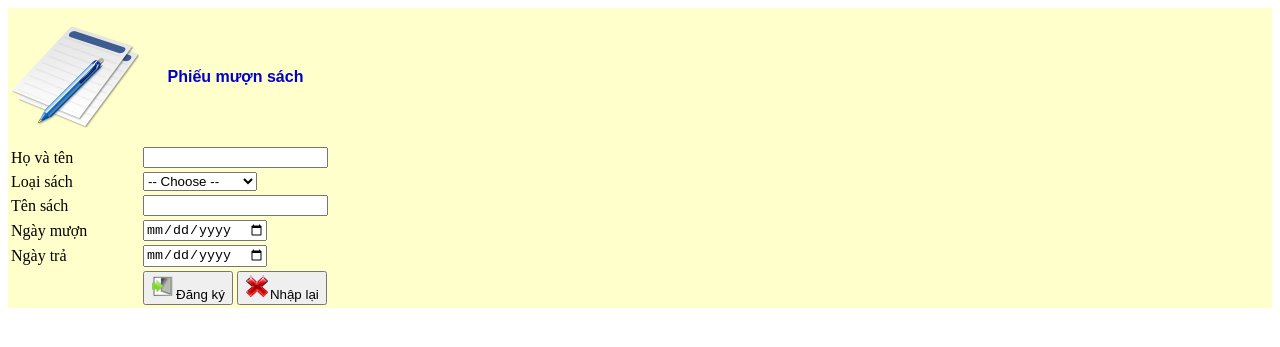
Repository: AnhDuc0125/HTML-Aptech
Page: bt2092-b2/index.html
The author's editor kept a copy of each file at every save. The page is drawn from the files as they stood at one save, then again after a run of saves.
The browser window is 1280 px wide. The pictures show the whole page.

Above is the page before, as saved 2021-12-03 20:39:03.

### bt2092-b2/index.html
<!DOCTYPE html>
<html lang="en">
<head>
    <meta charset="UTF-8">
    <meta http-equiv="X-UA-Compatible" content="IE=edge">
    <meta name="viewport" content="width=device-width, initial-scale=1.0">
    <title>Document</title>
    <link rel="stylesheet" href="style.css">
</head>
<body>
        <div class="container">
            <div class="wrapper">
                <table>
                    <thead>
                        <tr>
                            <th><img class="img_title" src="./photos/regis.png" alt=""></th>
                            <th id="title">Phiếu mượn sách</th>
                        </tr>
                    </thead>
                    <tbody>
                        <tr>
                            <td><label for="hoten">Họ và tên</label></td>
                            <td><input type="text"></td>
                        </tr>
                        <tr>
                            <td><label for="sach">Loại sách</label></td>
                            <td><select name="sach" id="book_id">
                                <option value="">-- Choose --</option>
                                <option value="1">Trinh thám</option>
                                <option value="2">Công nghệ</option>
                                <option value="3">Sách giáo khoa</option>
                            </select></td>
                        </tr>
                        <tr>
                            <td><label for="tensach">Tên sách</label></td>
                            <td><input type="text"></td>
                        </tr>
                        <tr>
                            <td><label for="date">Ngày mượn</label></td>
                            <td><input type="date"></td>
                        </tr>
                        <tr>
                            <td><label for="date1">Ngày trả</label></td>
                            <td><input type="date"></td>
                        </tr>
                        <tr>
                            <td></td>
                            <td>
                                <button type="submit"><img src="./photos/log_in.png" alt="log_in">Đăng ký</button>
                                <button type="reset"><img src="./photos/cancel.png" alt="cancel">Nhập lại</button>
                            </td>
                        </tr>
                    </tbody>
                </table>
            </div>
        </div>
</body>
</html>

### bt2092-b2/style.css
.container {
    background-color: #FFFFCC;
}

#title {
    color: #0000CC;
    font-family: Arial;
}

After the next 2 saves:
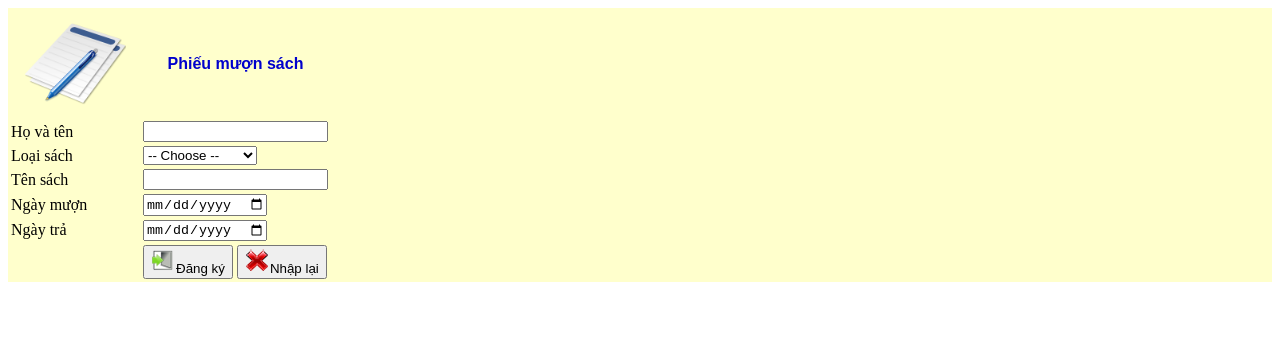
The 2 saves are shown as one change because they came seconds apart.
The last was saved 24 s later.
--- a/bt2092-b2/style.css
+++ b/bt2092-b2/style.css
@@ -6,3 +6,7 @@
     color: #0000CC;
     font-family: Arial;
 }
+
+.img_title {
+    width: 80%;
+}
